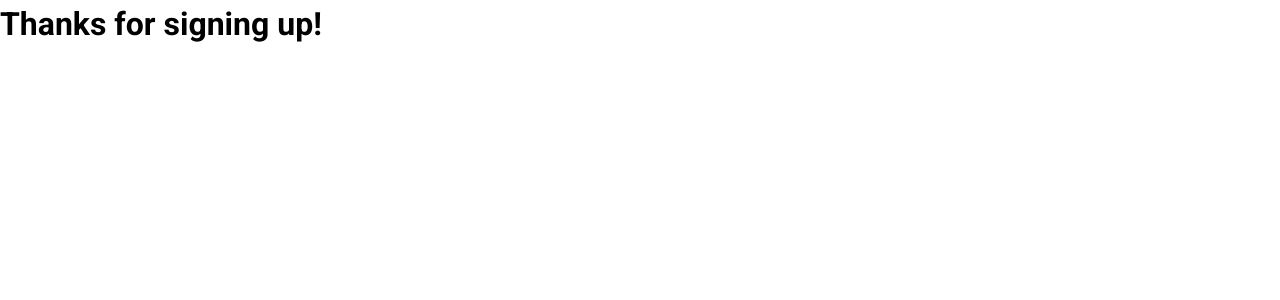
Repository: brandontaylor1/newsletter-signup
Page: success.html
These files come from the project's save history. The page is drawn as it stood at one moment and after the next save; the edit follows.
The browser window is 1280 px wide. The pictures show the whole page.

Above is the page before, as saved 2025-01-19 22:26:30.

### success.html
<!DOCTYPE html>
<html lang="en">
<head>
    <meta charset="UTF-8">
    <meta name="viewport" content="width=device-width, initial-scale=1.0">
    <link rel="preconnect" href="https://fonts.googleapis.com">
    <link rel="preconnect" href="https://fonts.gstatic.com" crossorigin>
    <link href="https://fonts.googleapis.com/css2?family=Roboto:ital,wght@0,100..900;1,100..900&display=swap" rel="stylesheet">
    <link rel="stylesheet" href="success.css">
    <title>Success | Newsletter Sign Up</title>
</head>
<body>
    <h1>Thanks for signing up!</h1>


</body>
</html>

### success.css
* {
    margin: 0;
    padding: 0;
    box-sizing: border-box;
}

:root {
    /* COLORS */

    --primary-color-tomato: hsl(4, 100%, 67%);
    --neutral-color-white: hsl(0, 0%, 100%);
    --neutral-color-darkGray: hsl(234, 29%, 20%);
    --neutral-color-charcoalGray: hsl(235, 18%, 26%);
    --neutral-color-gray: hsl(231, 7%, 60%);

    /* FONTS */
    --fontWeight-regular: 400;
    --fontWeight-heavy: 700;
}

body {
    font-family: "Roboto", sans-serif;
    font-size: 16px;
    line-height: 1.5;
}

After the next save:
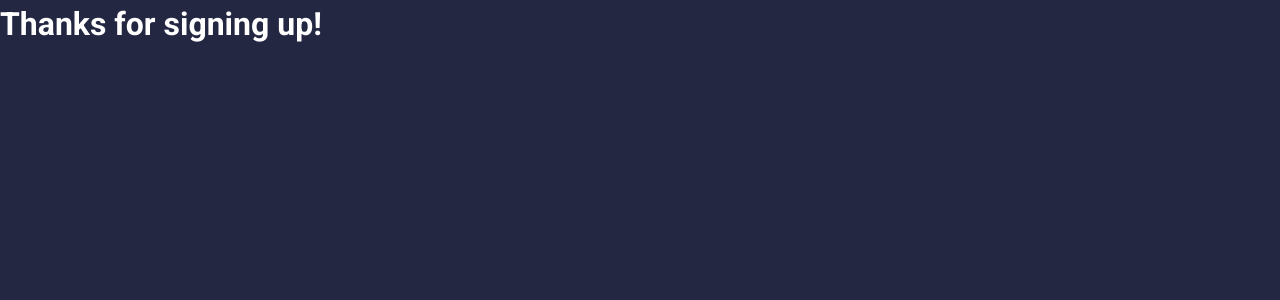
Saved 22 s later.
--- a/success.css
+++ b/success.css
@@ -22,4 +22,6 @@
     font-family: "Roboto", sans-serif;
     font-size: 16px;
     line-height: 1.5;
+    background-color: var(--neutral-color-darkGray);
+    color: var(--neutral-color-white);
 }
